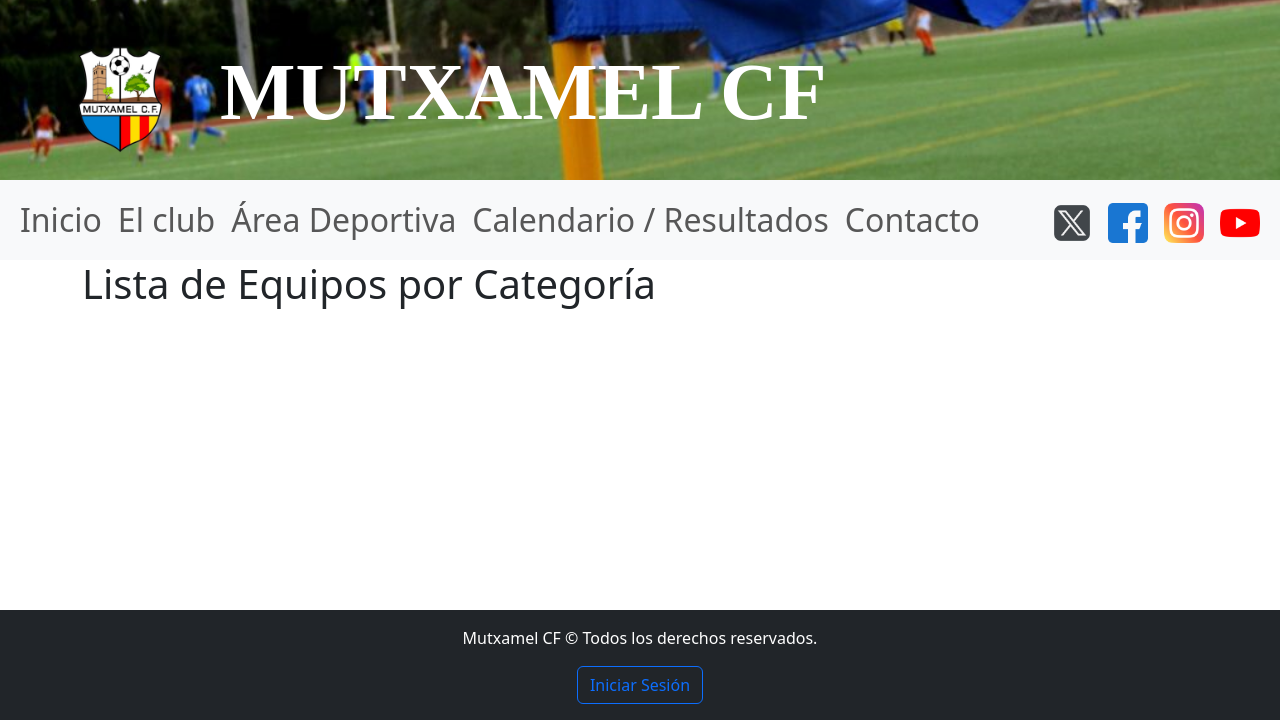
Repository: mikeluca/webMutxamelCF
Page: http://localhost/listaEquipos
These files come from the project's save history. The page is drawn as it stood at one moment and after the next save; the edit follows.
The browser window is 1280 px wide. The pictures show the whole page.
Some web fonts or font styles are not loaded; a fallback is used. The page is this project's Thymeleaf template; nobody is signed in. The template is opened directly, without the code that normally fills it, so the values that code supplies are empty.

Above is the page before, as saved 2024-10-29 21:21:47.

After the next save:
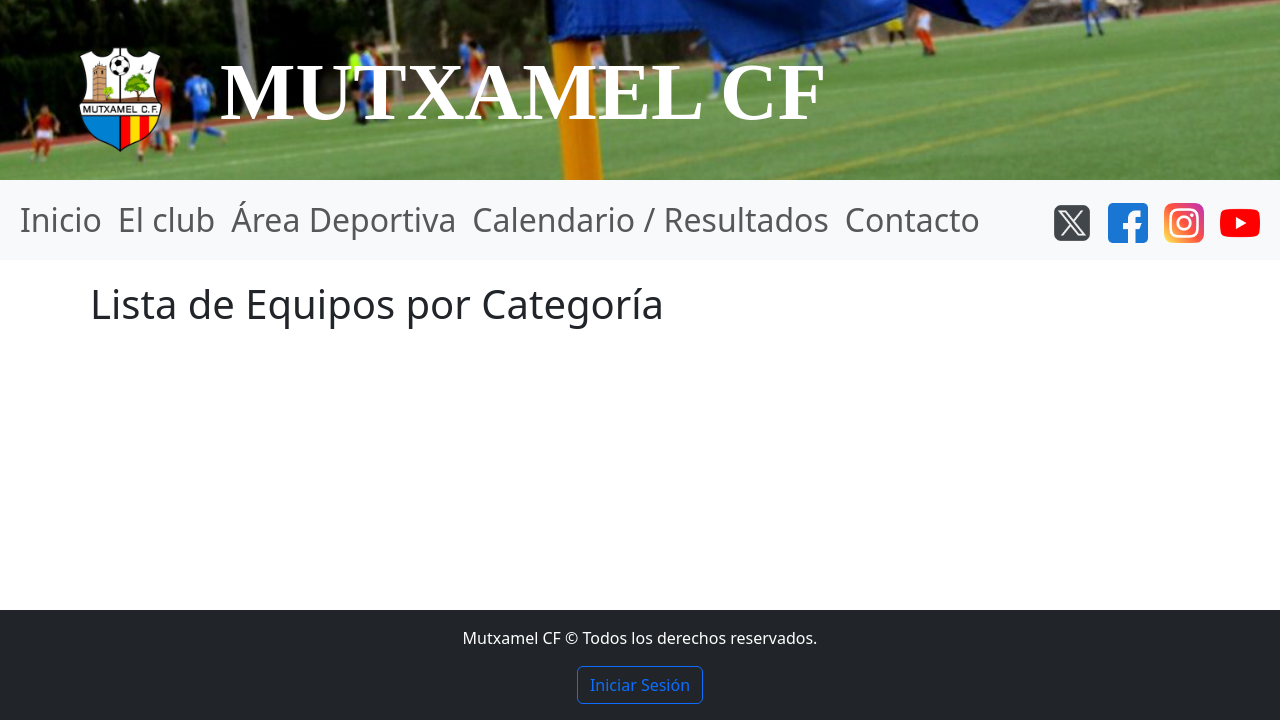
Saved 2 min 25 s later.
--- a/mvc/src/main/resources/templates/listaEquipos.html
+++ b/mvc/src/main/resources/templates/listaEquipos.html
@@ -8,6 +8,36 @@
 	<link rel="icon" href="/images/favicon.ico" type="image/x-icon">
 	<link href="https://fonts.googleapis.com/css2?family=Fredericka+the+Great&display=swap" rel="stylesheet">
 </head>
+
+<style>
+	/* CSS para el diseño en tres columnas */
+	.container {
+		display: flex;
+		gap: 20px;
+		padding: 20px;
+	}
+
+	.column {
+		flex: 1;
+		background-color: #f9f9f9;
+		border: 1px solid #ddd;
+		border-radius: 8px;
+		padding: 15px;
+	}
+
+	.column h2 {
+		font-size: 1.2em;
+		color: #333;
+		text-align: center;
+	}
+
+	.team-name {
+		font-size: 1em;
+		color: #555;
+		margin: 5px 0;
+		text-align: center;
+	}
+</style>
 
 <body>
 
